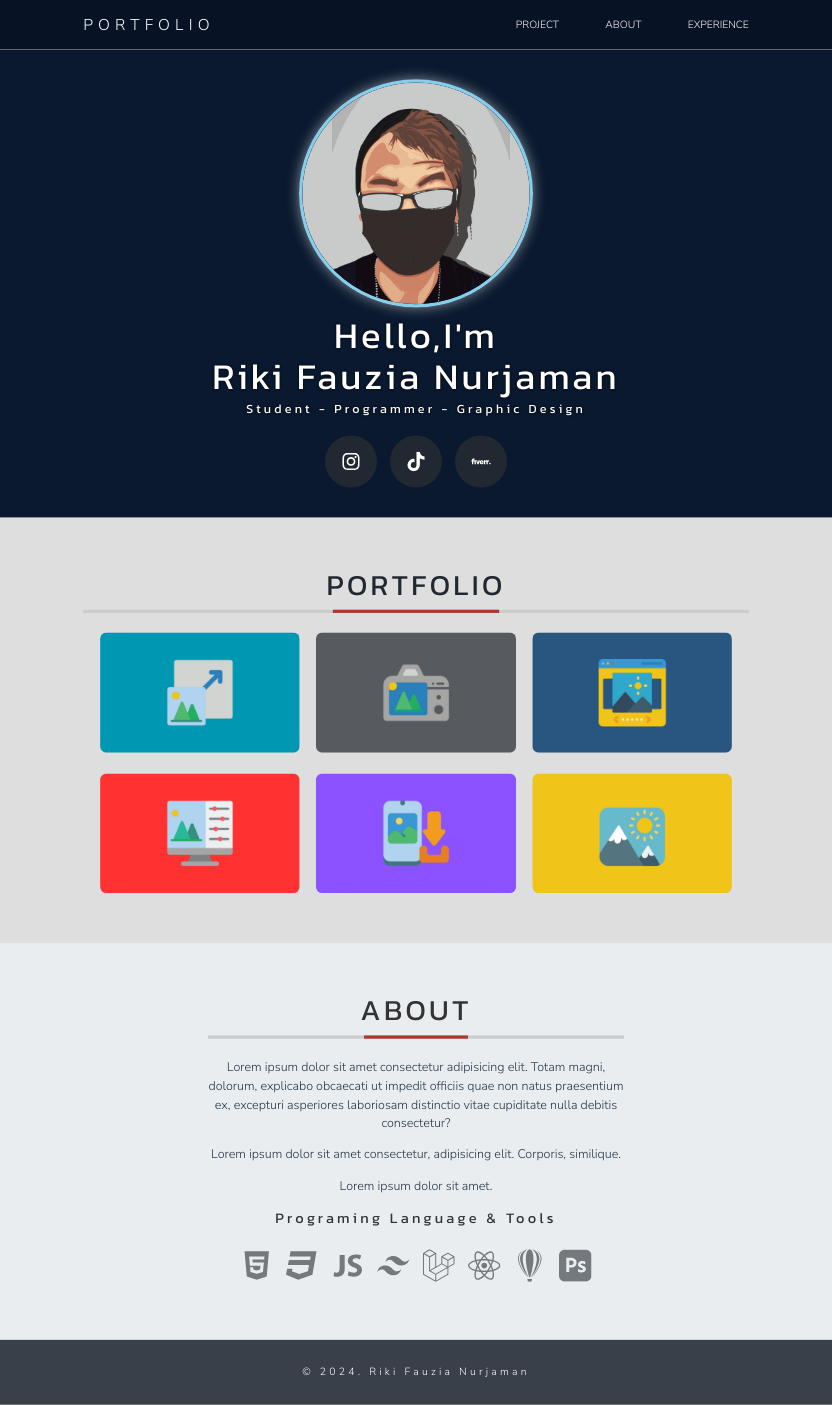
Repository: sellayspy/Portofolio
Page: /
The author's editor kept a copy of each file at every save. The page is drawn from the files as they stood at one save, then again after the next save.
The browser window is 1280 px wide. The pictures show the whole page, at 65% of full size.
The project was rebuilt for these pictures with package versions that can differ from the ones it lists, and the page was loaded fresh each time. Also part of the build but not shown: vite.config.js, src/styles/DetailPortfolio.css, src/components/ScrollToTop.jsx, src/pages/DetailPortfolio.jsx, src/pages/PagesNotFound.jsx, src/pages/Experience.jsx.

Above is the page before, as saved 2024-09-14 09:15:39.

After the next save:
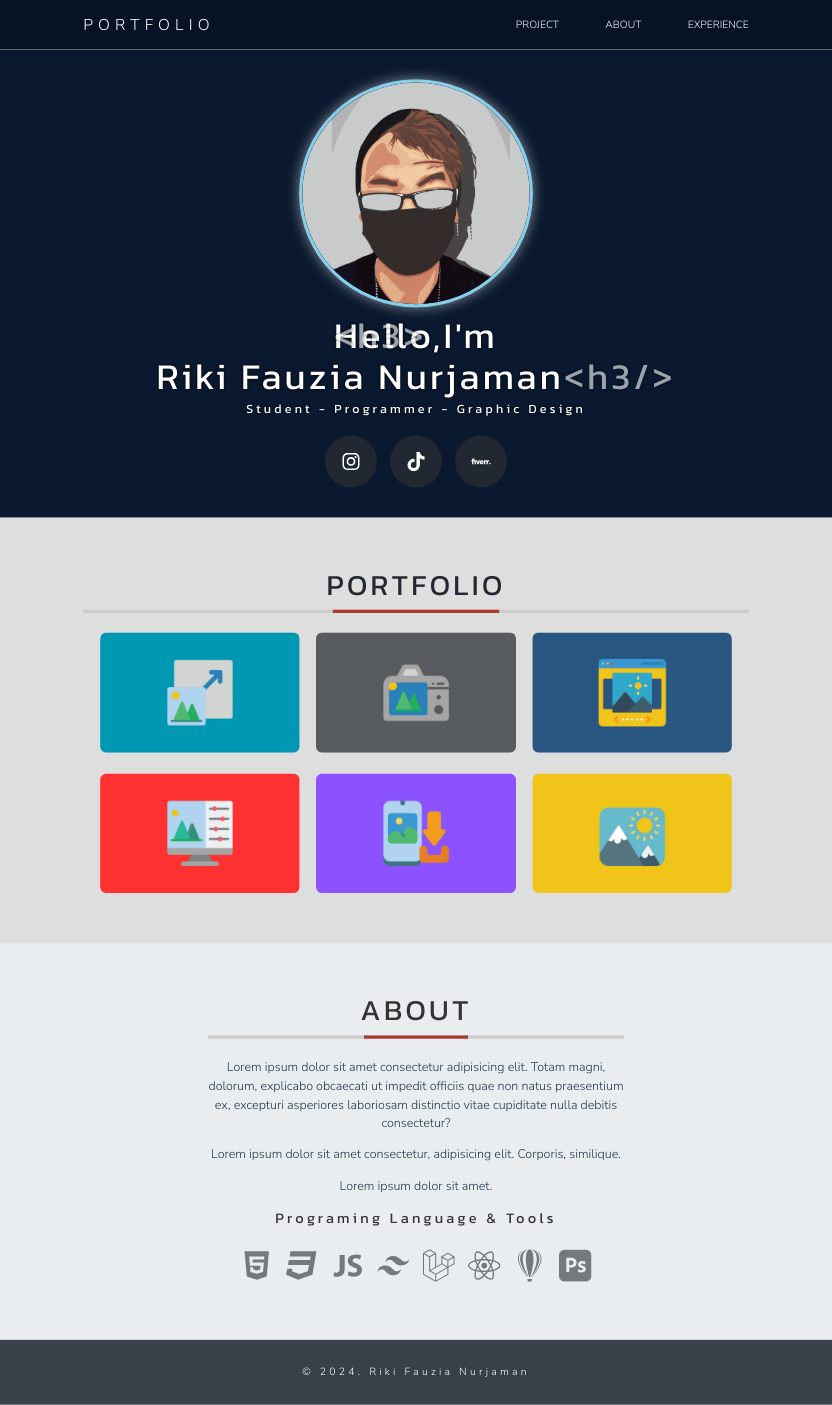
Saved 56 s later.
--- a/src/styles/Header.css
+++ b/src/styles/Header.css
@@ -45,13 +45,13 @@ header {
   line-height: 4rem;
 
   &::before {
-    content: "";
+    content: "<h3>";
     position: absolute;
     opacity: 0.6;
   }
 
   &::after {
-    content: "";
+    content: "<h3/>";
     animation: fadeIn 1s 1.7s backwards;
     opacity: 0.6;
   }
